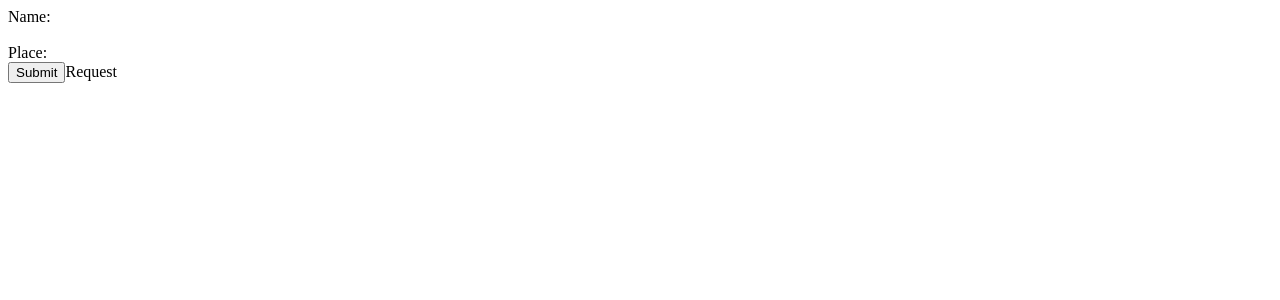
Repository: ayush-ayushman/Servlet-Project
Page: TrailProject/src/main/webapp/index.html
These files come from the project's save history. The page is drawn as it stood at one moment and after the next save; the edit follows.
The browser window is 1280 px wide. The pictures show the whole page.

Above is the page before, as saved 2023-10-04 07:44:16.

After the next save:
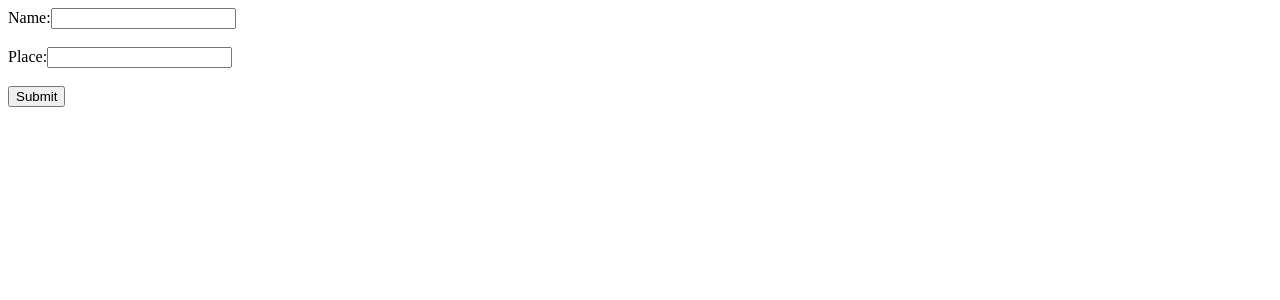
Saved 3 min 33 s later.
--- a/TrailProject/src/main/webapp/index.html
+++ b/TrailProject/src/main/webapp/index.html
@@ -6,11 +6,11 @@
 </head>
 <body>
 <form action="login">
-Name:<brname="nm" type="text" >
+Name:<input type="text" name="nm" />
 	<br></br>
-Place:<name="pl" type="text>"
+Place:<input type="text" name="pl" />
    <br></br>
-   <input type="submit">Request</<input>
+   <input type="submit"/>
 </form>
 </form>
 </body>
